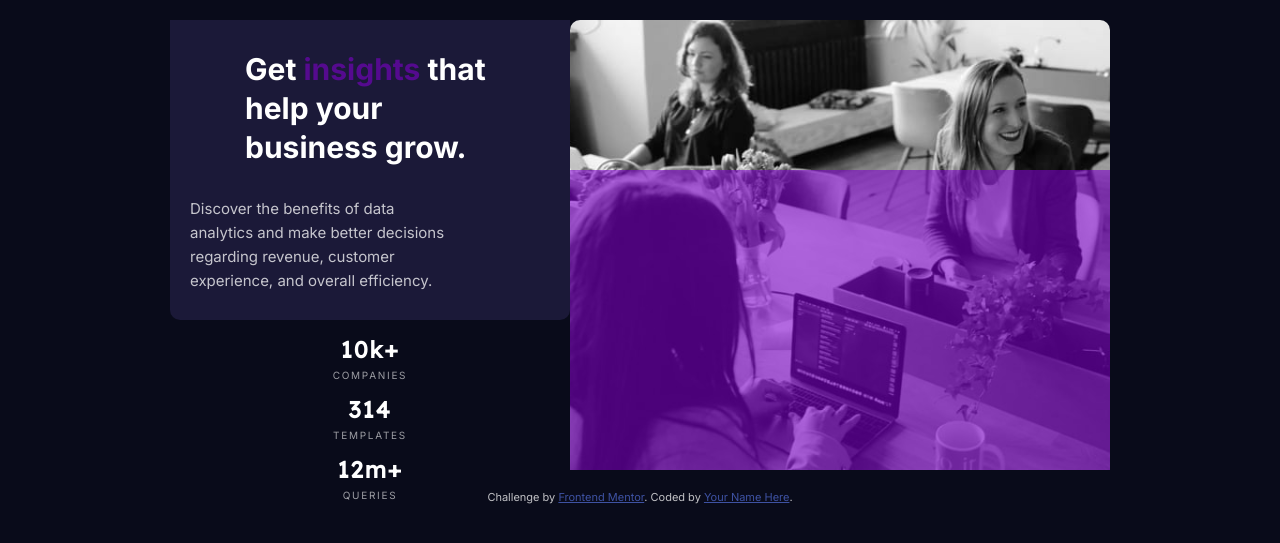
Repository: DejV44/stats-preview-card-component-main
Page: index.html
These files come from the project's save history. The page is drawn as it stood at one moment and after the next save; the edit follows.
The browser window is 1280 px wide. The pictures show the whole page.
The style sheet was rebuilt from its Sass, Less or Tailwind sources for each picture, by a compiler version that may differ from the author's.

Above is the page before, as saved 2021-07-09 13:05:02.

### index.html
<!DOCTYPE html>
<html lang="en">
<head>
  <meta charset="UTF-8">
  <meta name="viewport" content="width=device-width, initial-scale=1.0"> <!-- displays site properly based on user's device -->

  <link rel="icon" type="image/png" sizes="32x32" href="./images/favicon-32x32.png">
  <link rel="stylesheet" href="/css/style.css">


  <title>Frontend Mentor | Stats preview card component</title>
</head>
<body>
  <div class="container">
    <div class="picture">
      <div class="overlay"></div>
    </div>
    <div class="card">
      <h1>Get <span>insights</span> that <br>help your business grow.</h1>

      <p>Discover the benefits of data analytics and make better decisions regarding revenue, customer
      experience, and overall efficiency.</p>

      <ul>
        <li><span>10k+</span> companies</li>
        <li><span>314</span> templates</li>
        <li><span>12m+</span> queries</li>
      </ul>
    </div>
  </div>


  <div class="attribution">
    Challenge by <a href="https://www.frontendmentor.io?ref=challenge" target="_blank">Frontend Mentor</a>.
    Coded by <a href="#">Your Name Here</a>.
  </div>
</body>
</html>

### css/style.scss
$mainBackground: hsl(233, 47%, 7%);
$cardBackground: hsl(244, 38%, 16%);
$accent: hsla(277, 100%, 40%, 0.589);

$mainHeading: hsl(0, 0%, 100%);
$mainParagraph: hsla(0, 0%, 100%, 0.75);
$statHeadings: hsla(0, 0%, 100%, 0.6);

@import url("https://fonts.googleapis.com/css2?family=Inter:wght@400;700&display=swap");

@import url("https://fonts.googleapis.com/css2?family=Lexend+Deca&display=swap");

* {
  margin: 0;
  padding: 0;
  box-sizing: border-box;
}

body {
  font-family: "Inter", sans-serif;
  font-size: 15px;
  background-color: $mainBackground;

  .container {
    margin: 20px 30px;
    border-radius: 10px;
    .picture {

      border-radius: 10px 10px 0 0;
      background: url("/images/image-header-mobile.jpg");
      background-position: center;
      background-size: cover;
      background-repeat: no-repeat;
      height: 300px;

      .overlay {
        background-color: $accent;
        background-size: cover;
        height: 300px;
      }
    }

    .card {
        border-radius: 0 0 10px 10px;
        background: $cardBackground;
        text-align: center;

        h1 {
            margin: 0 auto;
            padding: 30px 25px;
            color: $mainHeading;
            text-align: center;
            line-height: 1.3;
            span {
                color: $accent;
                line-height: 1.3;
            }
        }
        p {
          color: $mainParagraph;
          padding: 0 20px 20px 20px;
          margin-bottom: 15px;
          line-height: 24px;
        }

        ul {
          padding-bottom: 15px;
          font-size: 10px;
          letter-spacing: 1.7px;
          color: $statHeadings;
          li {
            list-style: none;
            text-transform: uppercase;
            padding: 7px 0;


            span {
              padding-bottom: 5px;
              display: block;
              text-transform: lowercase;
              font-family: "lexend Deca" ,sans-serif;
              font-weight: 700;
              font-size: 23px;
              color: $mainHeading;
            }
          }
        }
    }
  }

  .attribution {
    font-size: 11px;
    text-align: center;
    color: $mainParagraph;

    a {
      color: hsl(228, 45%, 44%);
    }
  }
}

@media (min-width:768px) {
  body {



    .container {
      display: flex;
      flex-direction: row-reverse;
      justify-content: center;
      flex-wrap: nowrap;

      .picture {
        flex-grow: 0;
        align-content: flex-end;
        width: 540px;
        height: 450px;

      }

      .card {

        max-height: 300px;
        width: 400px;

        h1, p {
          text-align: left;
          max-width: 300px;
        }

      }
    }
  }
}

After the next save:
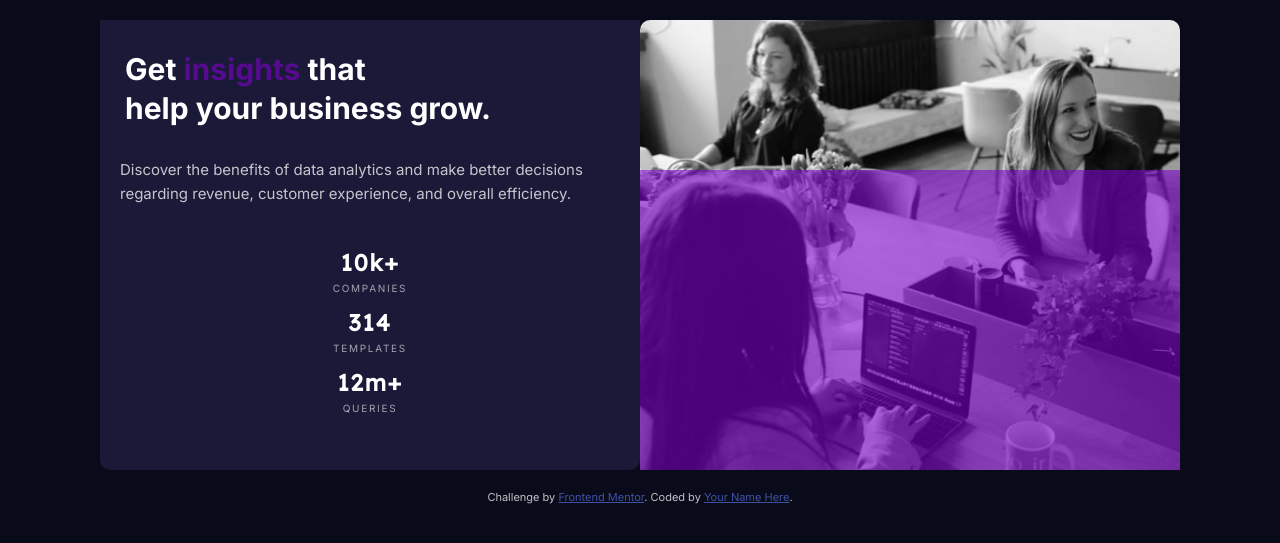
Saved 30 s later.
--- a/css/style.scss
+++ b/css/style.scss
@@ -120,12 +120,12 @@ body {
 
       .card {
 
-        max-height: 300px;
-        width: 400px;
+        max-height: 450px;
+        width: 540px;
 
         h1, p {
           text-align: left;
-          max-width: 300px;
+          max-width: 540px;
         }
 
       }
